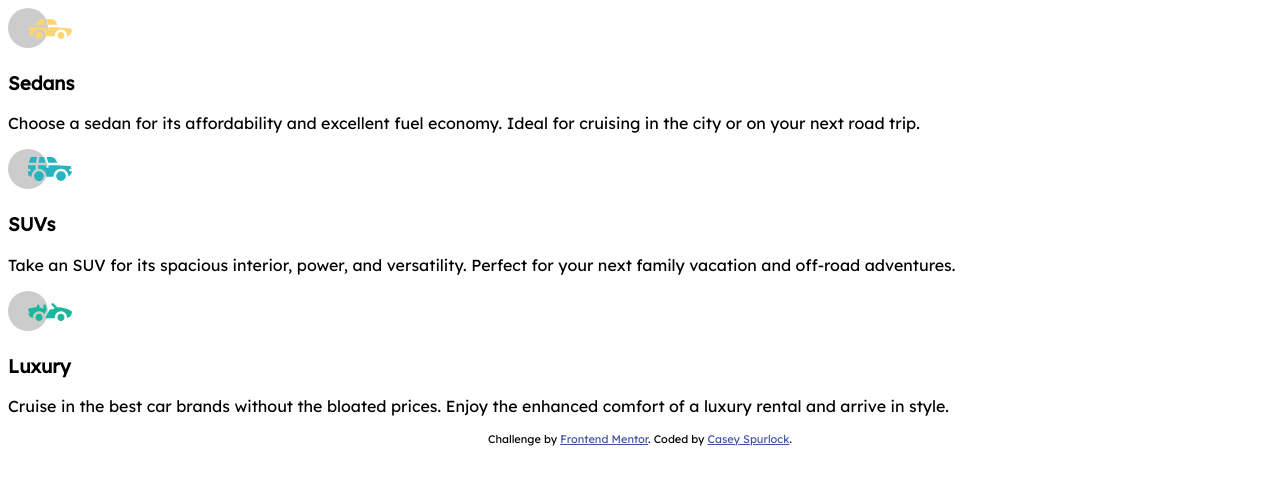
Repository: CaseySpurlock/3-column-preview-card-component-main
Page: index.html
These files come from the project's save history. The page is drawn as it stood at one moment and after the next save; the edit follows.
The browser window is 1280 px wide. The pictures show the whole page.

Above is the page before, as saved 2021-06-23 10:14:39.

After the next save:
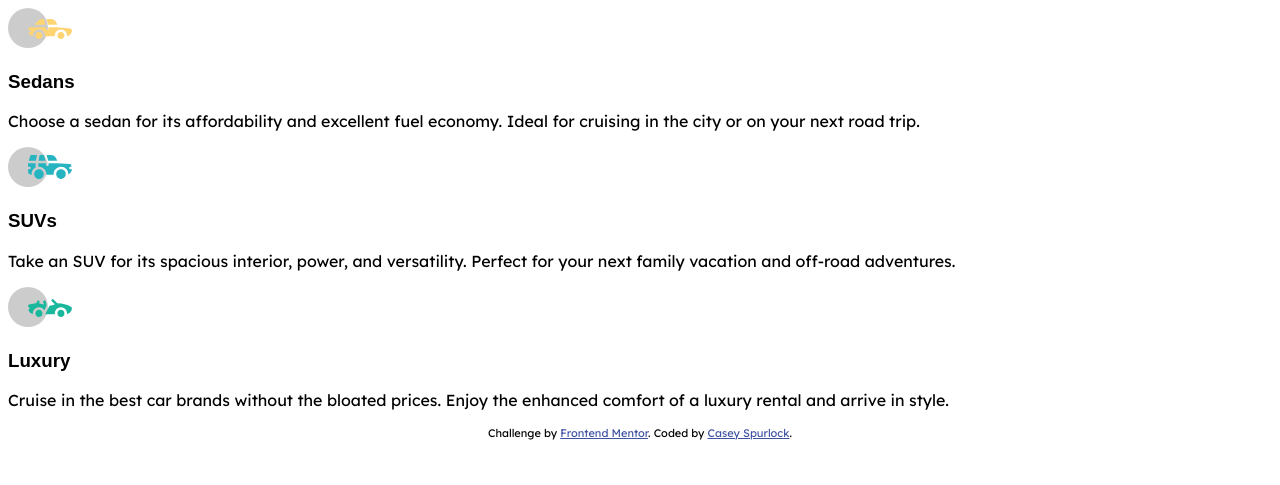
Saved 91 s later.
--- a/style.css
+++ b/style.css
@@ -1,5 +1,9 @@
 body {
     font-family: "Lexend deca", sans-serif;
+}
+
+h3 {
+    font-family: "Big Shoilders Display", sans-serif;
 }
 
 
